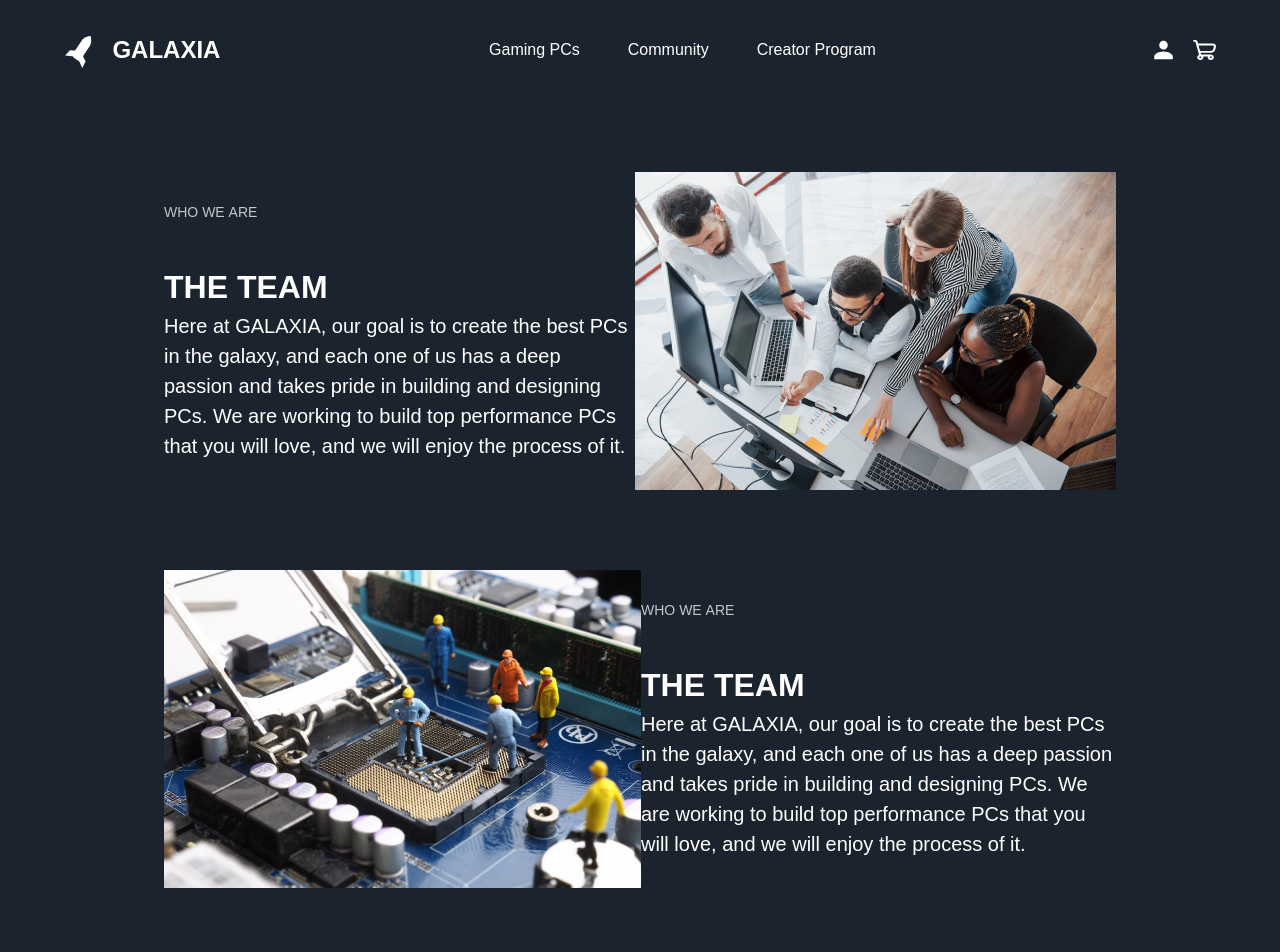
Repository: kaitlynlie/galaxia_pcs
Page: /community
The author's editor kept a copy of each file at every save. The page is drawn from the files as they stood at one save, then again after the next save.
The browser window is 1280 px wide. The pictures show the part of the page from y = 0 to 952 px (the page is 2383 px tall before and 2830 px after).
Some web fonts or font styles are not loaded; a fallback is used. The project was rebuilt for these pictures with package versions that can differ from the ones it lists, and the page was loaded fresh each time. Also part of the build but not shown: vite.config.js, components/Button.jsx, components/PCcard.jsx, components/WhyFeatures.jsx, sections/Hero.jsx, sections/Triton.jsx, sections/Neptune.jsx, sections/Jupiter.jsx and 5 more. Imported but missing from the stored project, and not drawn on this page: src/assets/video.mp4.

Above is the page before, as saved 2023-08-08 18:37:32.

### index.html
<!DOCTYPE html>
<html lang="en">
  <head>
    <meta charset="UTF-8" />
    <link rel="icon" type="image/svg+xml" href="/logo.svg" />
    <link rel="preconnect" href="https://stijndv.com" />
    <link rel="stylesheet" href="https://stijndv.com/fonts/Eudoxus-Sans.css" />
    <meta name="viewport" content="width=device-width, initial-scale=1.0" />
    <title>GALAXIA</title>
  </head>
  <body>
    <div id="root"></div>
    <script type="module" src="/src/main.jsx"></script>
  </body>
</html>

### src/main.jsx
import React from 'react'
import App from './App.jsx'
import ReactDOM from 'react-dom';
import { BrowserRouter } from 'react-router-dom';


ReactDOM.render(
  <BrowserRouter>
    <App />
  </BrowserRouter>,
  document.getElementById('root'),
);

### src/App.jsx
import Navbar from '../components/Navbar'
import Home from '../pages/Home'
import Community from '../pages/Community'
import Creator from '../pages/Creator'
import PCs from '../pages/PCs'
import { Route, Routes } from 'react-router-dom'
import React from 'react'
import '../styles/globals.css'

function App() {

  return (
    <>
    <div className='bg-primary-black overflow-hidden'>
      <Navbar />
      <Routes>
        <Route index path="/" element={<Home />} />
        <Route path="pc" element={<PCs />} />
        <Route path="community" element={<Community />} />
        <Route path="creator" element={<Creator />} />
      </Routes>
     </div>
    </>
  )
}

export default App

### components/Navbar.jsx
import { motion } from "framer-motion";
import styles from '../styles'
import { navVariants, textVariant } from '../utils/motion'
import { useState } from "react";
import { RiMenu3Line, RiCloseLine } from 'react-icons/ri';
import { Link } from 'react-router-dom'
import React from 'react'

const Navbar = () => {
  const [toggleMenu, setToggleMenu] = useState(false);

  const [nav, setNav] = useState(false);

  const openNav = () => {
    setNav(!nav);
  };

  return(
   <motion.nav
    variants={navVariants}
    initial="show"
    whileInView="show"
    viewport={{ once: false, amount: 0.25 }}
    className={`${styles.xPaddings} py-8 relative`}
  >
    <div className={`${styles.innerWidth} mx-auto flex justify-between gap-8 inline-block`}>
      <div className="flex flex-row gap-4">
        <img
          src='./logo.svg'
          alt='logo'
          />
          <Link onClick={openNav} to="/"><motion.h1 variants={textVariant(1.1)} className="flex text-white font-bold text-[24px]">
            <a>GALAXIA</a>
          </motion.h1></Link>
      </div>

      <ul className='flex justify-center items-center text-white max-[880px]:hidden block'>
        <Link onClick={openNav} to='/pc'><li className="mr-12"><a>Gaming PCs</a></li></Link>
        <Link onClick={openNav} to='/community'><li className="mr-12"><a>Community</a></li></Link>
        <Link onClick={openNav} to='/creator'><li><a>Creator Program</a></li></Link>
      </ul>

      <div className="relative ml-1 pointer max-[880px]:block hidden z-10">
        {toggleMenu
          ? <RiCloseLine color="#fff" size={27} onClick={() => setToggleMenu(false)} />
          : <RiMenu3Line color="#fff" size={27} onClick={() => setToggleMenu(true)} />}
        {toggleMenu && (
        <div className="flex justify-end items-end flex-col text-end bg-[#026884ce] p-3 absolute top-[40px] right-[10px] mt-1 rounded-[5px] shadow z-10">
          <div className="none">
            <ul className='flex justify-end items-end flex-col text-white text-end p-1'>
              <Link onClick={openNav} to='/pc'><li><a>Gaming PCs</a></li></Link>
              <Link onClick={openNav} to='/community'><li className="mt-2 pointer"><a>Community</a></li></Link>
              <Link onClick={openNav} to='/creator'><li className="mt-2 pointer"><a>Creator Program</a></li></Link>
            </ul>
          </div>
        </div>
        )}
        </div>

        <div className="flex flex-row gap-4 items-center max-[880px]:hidden block">
        <img
          src='./user.svg'
          alt='user'
        />
        <img
          src='./cart.svg'
          alt='cart'
        />
      </div>
      </div>

  </motion.nav>
  );
};

export default Navbar;

### pages/Community.jsx
import { Footer, Navbar } from '../components';
import { People, Video } from '../sections';
import styles from '../styles';
import { TypingText } from '../components';
import React from 'react'

const Community = () => (
  <div className='bg-primary-black overflow-hidden'>
    <div className='relative'>
    {/* <span className={`${styles.xPaddings} font-extrabold text-white text-[40px]`}>COMMUNITY</span> */}
      <People />
      {/* <div className='gradient-03 z-0' /> */}
    </div>
    <div className='relative'>
      <Video />
      <div className={`w-full ${styles.xPaddings} md:px-[100px] mt-10 items-center flex-col flex justify-between relative mb-20`}>
          <TypingText title='WHO WE ARE' textStyles='text-center' />
          <div className={`${styles.xPaddings} font-normal text-center text-secondary-white mt-10 flex-col flex flex-center`}>
              <span className="font-extrabold text-white sm:text-[32px] text-[20px]">THE TEAM</span>
              <p className="text-[20px] text-white">Here at GALAXIA, our goal is to create the best PCs in the galaxy, and each one of us has a deep passion and takes pride in building and designing PCs. We are working to build top performance PCs that you will love, and we will enjoy the process of it.</p>
          </div>
        </div>
      {/* <div className='gradient-04 z-0' /> */}
      <Footer />
    </div>
  </div>
);

export default Community;

### styles/globals.css
@import "tailwindcss/base";

@import "tailwindcss/components";

@import "tailwindcss/utilities";

* {
  margin: 0;
  padding: 0;
  box-sizing: border-box;
  font-family: "Eudoxus Sans", sans-serif;
  scroll-behavior: smooth;
}

.gradient-01 {
  background-image: linear-gradient(
    270deg,
    hsl(295deg 76% 51%) 0%,
    hsl(284deg 70% 73%) 26%,
    hsl(257deg 70% 86%) 39%,
    hsl(202deg 92% 90%) 50%,
    hsl(215deg 77% 81%) 61%,
    hsl(221deg 73% 70%) 74%,
    hsl(220deg 76% 51%) 100%
  );
  filter: blur(125px);
}

.hero-gradient {
  background: linear-gradient(
    97.86deg,
    #a509ff 0%,
    #34acc7 53.65%,
    #a134c7 100%
  );
}

.gradient-02 {
  position: absolute;
  width: 200px;
  height: 438px;
  top: 0px;
  right: 0px;

  background: #7aebfb;
  filter: blur(190px);
}

.glassmorphism {
  background: rgba(255, 255, 255, 0.25);
  box-shadow: 0 8px 32px 0 rgba(31, 38, 135, 0.37);
  backdrop-filter: blur(4px);
  -webkit-backdrop-filter: blur(4px);
  border: 1px solid rgba(255, 255, 255, 0.18);
}

.gradient-03 {
  position: absolute;
  width: 404px;
  height: 800px;
  left: 20%;
  top: 5%;

  background: rgba(149, 66, 232, 0.35);
  filter: blur(175px);
  transform: rotate(-114.2deg);
}

.gradient-04 {
  position: absolute;
  width: 304px;
  height: 100vh;
  left: 30%;
  top: 10%;

  background: rgba(45, 72, 152, 0.75);
  filter: blur(200px);
  transform: rotate(-53.13deg);
}

.gradient-05 {
  background: linear-gradient(
    180deg,
    rgba(255, 255, 255, 0.04) 0%,
    rgba(255, 255, 255, 0) 100%
  );
}

.feedback-gradient {
  position: absolute;
  width: 200px;
  height: 316px;
  left: 0px;
  top: 0px;

  background: #8d39a3;
  filter: blur(175px);
}

.footer-gradient {
  position: absolute;
  width: 500px;
  height: 100px;
  left: 37%;
  bottom: 0;

  background: #65c4fa;
  filter: blur(150px);
}

.object {
  animation: MoveUpDown 4s linear infinite;
  position: relative;
  left: 0;
  bottom: 0;
}

@keyframes MoveUpDown {
  0%, 100% {
    bottom: 0;
  }
  50% {
    bottom: 100px;
  }
}

### styles/index.js
const styles = {
    innerWidth: '2xl:max-w-[1280px] w-full',
    interWidth: 'lg:w-[80%] w-[100%]',

    paddings: 'sm:p-16 xs:p-8 px-6 py-12',
    yPaddings: 'sm:py-16 xs:py-8 py-12',
    xPaddings: 'sm:px-16 px-6',
    topPaddings: 'sm:pt-16 xs:pt-8 pt-12',
    bottomPaddings: 'sm:pb-16 xs:pb-8 pb-12',

    flexCenter: 'flex justify-center items-center',
    flexStart: 'flex justify-start items-start',
    flexEnd: 'flex justify-end',
    navPadding: 'pt-[98px]',

    // hero section
    heroHeading:
        'font-bold lg:text-[144px] md:text-[100px] sm:text-[60px] text-[44px] lg:leading-[158.4px] md:leading-[114.4px] sm:leading-[74.4px] leading-[64.4px] uppercase text-white',
    heroDText:
        'md:w-[212px] sm:w-[80px] w-[60px] md:h-[108px] sm:h-[48px] h-[38px] md:border-[18px] border-[9px] rounded-r-[50px] border-white sm:mx-2 mx-[6px]',
  };

  export default styles;

### utils/motion.js
export const navVariants = {
  hidden: {
    opacity: 0,
    y: -50,
    transition: {
      type: 'spring',
      stiffness: 300,
      damping: 140,
    },
  },
  show: {
    opacity: 1,
    y: 0,
    transition: {
      type: 'spring',
      stiffness: 80,
      delay: 1,
    },
  },
};

export const slideIn = (direction, type, delay, duration) => ({
  hidden: {
    x: direction === 'left' ? '-100%' : direction === 'right' ? '100%' : 0,
    y: direction === 'up' ? '100%' : direction === 'down' ? '100%' : 0,
  },
  show: {
    x: 0,
    y: 0,
    transition: {
      type,
      delay,
      duration,
      ease: 'easeOut',
    },
  },
});

export const staggerContainer = (staggerChildren, delayChildren) => ({
  hidden: {},
  show: {
    transition: {
      staggerChildren,
      delayChildren,
    },
  },
});

export const textVariant = (delay) => ({
  hidden: {
    y: 50,
    opacity: 0,
  },
  show: {
    y: 0,
    opacity: 1,
    transition: {
      type: 'spring',
      duration: 1.25,
      delay,
    },
  },
});

export const textContainer = {
  hidden: {
    opacity: 0,
  },
  show: (i = 1) => ({
    opacity: 1,
    transition: { staggerChildren: 0.1, delayChildren: i * 0.1 },
  }),
};

export const textVariant2 = {
  hidden: {
    opacity: 0,
    y: 20,
  },
  show: {
    opacity: 1,
    y: 0,
    transition: {
      type: 'tween',
      ease: 'easeIn',
    },
  },
};

export const fadeIn = (direction, type, delay, duration) => ({
  hidden: {
    x: direction === 'left' ? 100 : direction === 'right' ? -100 : 0,
    y: direction === 'up' ? 100 : direction === 'down' ? -100 : 0,
    opacity: 0,
  },
  show: {
    x: 0,
    y: 0,
    opacity: 1,
    transition: {
      type,
      delay,
      duration,
      ease: 'easeOut',
    },
  },
});

export const planetVariants = (direction) => ({
  hidden: {
    x: direction === 'left' ? '-100%' : '100%',
    rotate: 120,
  },
  show: {
    x: 0,
    rotate: 0,
    transition: {
      type: 'spring',
      duration: 1.8,
      delay: 0.5,
    },
  },
});

export const zoomIn = (delay, duration) => ({
  hidden: {
    scale: 0,
    opacity: 0,
  },
  show: {
    scale: 1,
    opacity: 1,
    transition: {
      type: 'tween',
      delay,
      duration,
      ease: 'easeOut',
    },
  },
});

export const footerVariants = {
  hidden: {
    opacity: 0,
    y: 50,
    transition: {
      type: 'spring',
      stiffness: 300,
      damping: 140,
    },
  },
  show: {
    opacity: 1,
    y: 0,
    transition: {
      type: 'spring',
      stiffness: 80,
      delay: 0.5,
    },
  },
};

### components/index.js
import Navbar from './Navbar';
import { TypingText, TitleText } from './CustomTexts';
import PCcard from './PCcard';
import WhyFeatures from './WhyFeatures';
import Footer from './Footer';
import Button from './Button';

export {
  Navbar,
  TitleText,
  TypingText,
  WhyFeatures,
  PCcard,
  Footer,
  Button,
};

### sections/index.js
import Hero from './Hero';
import Triton from './Triton';
import Neptune from './Neptune';
import Jupiter from './Jupiter';
import WhyUs from './WhyUs';
import People from './People';
import Video from './Video'
import Program from './Program'

export {
  Hero,
  Triton,
  Neptune,
  Jupiter,
  WhyUs,
  People,
  Video,
  Program
};

### components/CustomTexts.jsx
'use client';

import { motion } from "framer-motion";
import { textContainer, textVariant2 } from '../utils/motion'

export const TypingText = ({ title, textStyles}) => (
  <motion.p
    variants={textContainer}
    className={`font-normal text-[14px] text-secondary-white ${textStyles}`}
  >
    {Array.from(title).map((letter, index) => (
      <motion.span variants={textVariant2} key={index}>
        {letter === ' ' ? '\u00A0' : letter}
      </motion.span>
    ))}
  </motion.p>
);

export const TitleText = ({ title, textStyles}) => (
  <motion.h2
    variants={textVariant2}
    initial='hidden'
    whileInView='show'
    className={`mt-[22px] font-bold text-[32px] text-white ${textStyles}`}>
      {title}
  </motion.h2>
);

### components/Footer.jsx
'use client';
import { motion } from "framer-motion";
import { socials } from "../constants";
import styles from "../styles";
import { footerVariants } from "../utils/motion";

const Footer = () => (
  <motion.footer
    variants={footerVariants}
    initial='show'
    whileInView='show'
    viewport={{ once: true, amount: 0.25 }}
    className={`${styles.paddings} py-8 relative`}>
    {/* <div className="footer-gradient" /> */}
    <div className={`${styles.innerWidth} mx-auto flex flex-col gap-8`}>
      <div className="flex items-center sm:justify-between flex-wrap gap-5">
        <h4 className="font-bold md:text-[64px] text-[44px] text-white">Stay Up to Date</h4>
        <button type="button" className="flex items-center h-fit py-4 px-6 bg-[#25618b] rounded-[32px] gap-[12px]">
          <img src='/logo.svg' alt='logo' className="w-[24px] h-[24px] object-contains"/>
          <span className="font-normal text-[16px] text-white">Sign Up</span>
        </button>
      </div>

      <div className="flex flex-col">
        <div className="mb-[50px] h-[2px] bg-white opacity-10"/>
        <div className="flex items-center justify-between flex-wrap gap-4">
          <h4 className="font-extrabold text-[24px] text-white">GALAXIA</h4>
          <p className="font-normal text-[14px] text-white opacity-50">
          Copyright © 2023 - 2024 Galaxia. All rights reserved.
          </p>
          <div className="flex gap-4">
            {socials.map((social) => (
              <img
                key={social.name}
                src={social.url}
                alt={social.name}
                className="w-[24px] h-[24px] object-contain cursor-pointer" />
            ))}
          </div>
        </div>
      </div>
    </div>
  </motion.footer>
);

export default Footer;

### sections/People.jsx
import React from 'react'

import { motion } from "framer-motion";
import { TypingText, Button } from '../components'
import styles from '../styles';
import { fadeIn, staggerContainer } from '../utils/motion';

const People = () => (
    <section className={`${styles.xPaddings} relative z-10 py-8 flex flex-col justify-center items-center mt-10`}>
      {/* <div className={`${styles.innerWidth} md:px-[100px] mb-0 items-center flex-row max-[1234px]:flex-col flex justify-between`}> */}
      <div className={`${styles.innerWidth} md:px-[100px] mb-0 items-center flex-row max-[1234px]:flex-col flex justify-between`}>
        {/* <div className='mr-24 max-[1234px]:mr-0'> */}
        <div>
          <TypingText title='WHO WE ARE' textStyles='text-start max-[1234px]:text-center' />
          <div className="font-normal text-start max-[1234px]:text-center text-secondary-white mt-10 flex-col flex flex-center">
              <span className="font-extrabold text-white sm:text-[32px] text-[20px]">THE TEAM</span>
              <p className="text-[20px] text-white">Here at GALAXIA, our goal is to create the best PCs in the galaxy, and each one of us has a deep passion and takes pride in building and designing PCs. We are working to build top performance PCs that you will love, and we will enjoy the process of it.</p>
          </div>
        </div>

          <img
            src="/team.png"
            alt="team"
            className="z-10 relative w-[90%] h-[90%] max-[1234px]:mt-20 max-[1234px]:hidden"
          />
    </div>

    <div className={`${styles.innerWidth} ${styles.xPaddings} md:px-[100px] mb-0 items-center flex-row max-[1234px]:flex-col flex flex-start justify-between mt-20`}>
      <img
        src="/process.png"
        alt="process"
        className="z-10 relative w-[90%] h-[90%]"
      />

      {/* <div className='ml-24 max-[1234px]:ml-0 max-[1234px]:mt-20'> */}
      <div>
        <TypingText title='WHO WE ARE' textStyles='text-start max-[1234px]:text-center' />
        <motion.div
          variants={fadeIn('up', 'tween', 0.2, 1)}
          viewport={{ once: true, amount: 0.25}}
          className="font-normal max-[1234px]:text-center text-start text-secondary-white mt-10 flex-col flex flex-center">
            <span className="font-extrabold text-white sm:text-[32px] text-[20px]">THE TEAM</span>
            <p className="text-[20px] text-white">Here at GALAXIA, our goal is to create the best PCs in the galaxy, and each one of us has a deep passion and takes pride in building and designing PCs. We are working to build top performance PCs that you will love, and we will enjoy the process of it.</p>
        </motion.div>
      </div>
    </div>
</section>
);

export default People

### sections/Video.jsx
import React, { useState } from 'react';
import { BsFillPlayFill, BsPauseFill } from 'react-icons/bs'
import { video } from '../src/assets';
import styles from '../styles';
import { TypingText } from '../components';

const Video = () => {
  const vidRef = React.useRef();
  const [playVideo, setplayVideo] = React.useState(false)
  const handleVideo = () => {
    setplayVideo((prevPlayVideo) => !prevPlayVideo)
    if(playVideo) {
      vidRef.current.pause();
    } else {
      vidRef.current.play();
    }
  }
  return (
    <div className={`h-screen relative mt-20 max-[1200px]:px-0 px-80 py-20 max-[1200px]:py-0`}>
      <video
        src={video}
        ref={vidRef}
        className='object-cover w-[100%] h-[100%]'
        type='video/mp4'
        loop
        controls = {false}
        muted
      />
      <div className='absolute flex justify-center items-center inset-0'>
        <div
        className='flex justify-center items-center pointer rounded-full border border-white w-[100px] h-[100px]'
        onClick={handleVideo}>
          {playVideo
          ? ( <BsPauseFill color='#fff' fontSize={50}/>
          ) : <BsFillPlayFill color='#fff' fontSize={50}/> }
        </div>
      </div>
    </div>
  )
};

export default Video;

### constants/index.js
export const neptuneSet = [
  {
    imgUrl: '/pc3.png',
    title: 'THALASSA',
    price: '$1,099.99 USD',
    xprice: '$1,299.99 USD',
  },
  {
    imgUrl: '/pc2.png',
    title: 'NEREID',
    price: '$1,399.99 USD',
    xprice: '$1,699.99 USD',
  },
  {
    imgUrl: '/pc1.png',
    title: 'TRITON',
    price: '$1,599.99 USD',
    xprice: '$1,999.99 USD'
  }
];

export const jupiterSet = [
  {
    imgUrl: '/pc4.png',
    title: 'EUROPA',
    price: '$2,499.99 USD',
    xprice: '$2,699.99 USD',
  },
  {
    imgUrl: '/pc5.png',
    title: 'CALLISTO',
    price: '$2,599.99 USD',
    xprice: '$2,799.99 USD',
  },
  {
    imgUrl: '/pc6.png',
    title: 'GANYMEDE',
    price: '$2,799.99 USD',
    xprice: '$2,999.99 USD'
  }
]

export const whyUs = [
  {
    number: 1,
    subtitle: 'Built with the highest quality of materials, Galaxia hand builds and ships worldwide, delivering with a white glove service.'
  },
  {
    number: 2,
    subtitle: 'We offer a 1 year full parts and labor warranty in case anything happens, so you can spend your time having fun instead fo worrying.'
  },
  {
    number: 3,
    subtitle: 'We are not lying when we say we have the highest performing PCs in the galaxy, with quality parts and expert craftmanship for the best experience.'
  }
]

export const creators = [
  {
    number: 1,
    subtitle: 'When you sign up for our GALAXIA creator program, your application will be interviewed by our team. Then, if you are the right fit, you will receive a response.'
  },
  {
    number: 2,
    subtitle: 'If you have been accepted to our program, then congratulations! You will receive a welcome email, tracking link, creator panel, and more you will need to be a GALAXIA creator.'
  },
  {
    number: 3,
    subtitle: 'Once your creator panel is up and running, you will receive 5% of every sale you make by using your link!'
  }
]

export const socials = [
  {
    name: 'twitter',
    url: '/twitter.svg',
  },
  {
    name: 'linkedin',
    url: '/linkedin.svg',
  },
  {
    name: 'instagram',
    url: '/instagram.svg',
  },
  {
    name: 'facebook',
    url: '/facebook.svg',
  },
];

### src/assets/index.js
import video from './video.mp4'

export {
    video
}

### tailwind.config.js
/** @type {import('tailwindcss').Config} */
module.exports = {
  content: [
    "./src/**/*.{html,js,jsx}",
    './pages/**/*.{html,js,jsx}',
    './components/**/*.{html,js,jsx}',
    './sections/**/*.{html,js,jsx}',
    './styles/**/*.{js,jsx}',
  ],
  mode: 'jit',
  theme: {
    extend: {
      colors: {
        'primary-black': '#1A232E',
        'secondary-white': '#c7c7c7',
      },
      transitionTimingFunction: {
        'out-flex': 'cubic-bezier(0.05, 0.6, 0.4, 0.9)',
      },
    },
  },
  plugins: [],
};

After the next save:
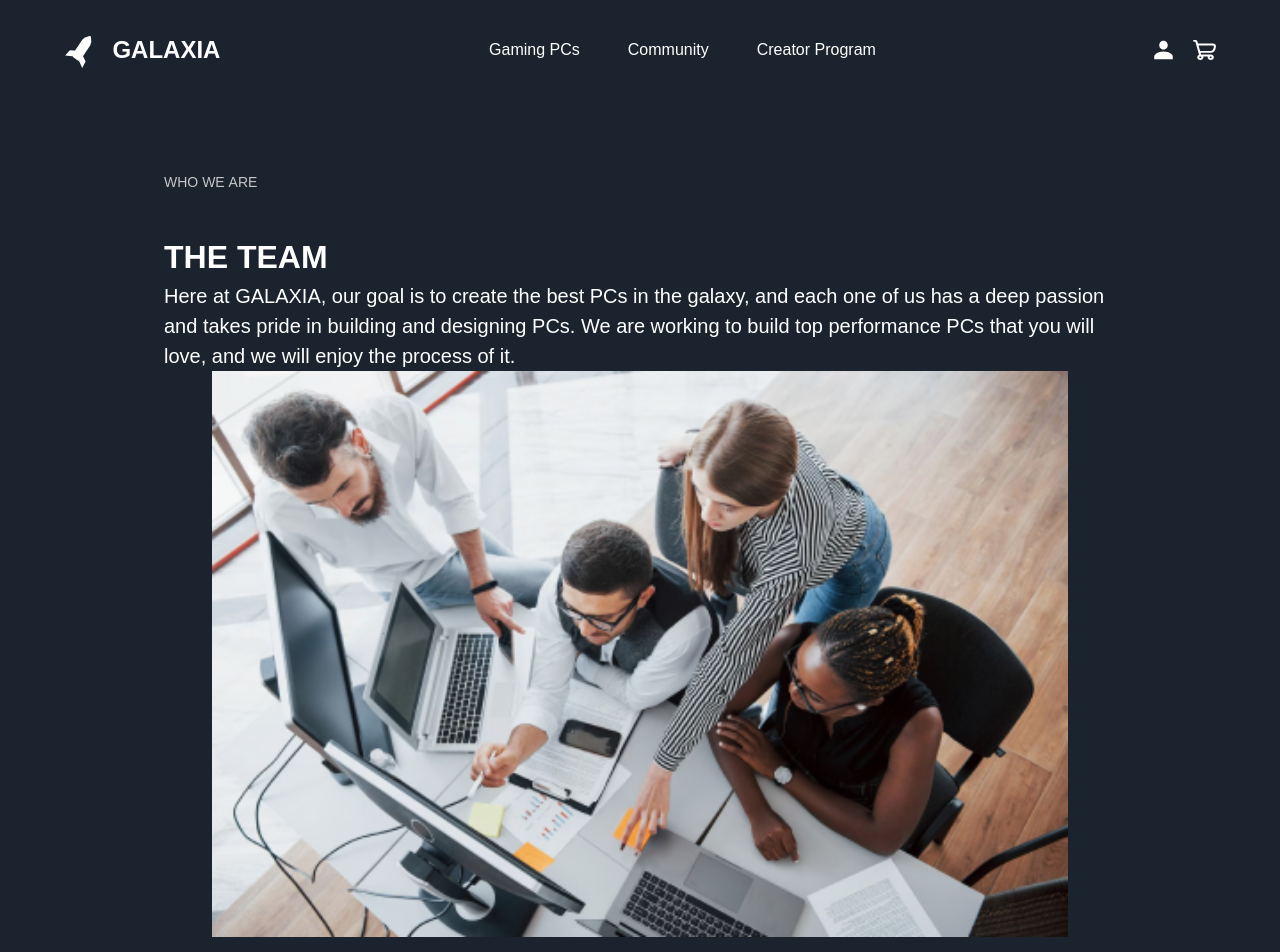
Saved 5 s later.
--- a/sections/People.jsx
+++ b/sections/People.jsx
@@ -8,7 +8,7 @@
 const People = () => (
     <section className={`${styles.xPaddings} relative z-10 py-8 flex flex-col justify-center items-center mt-10`}>
       {/* <div className={`${styles.innerWidth} md:px-[100px] mb-0 items-center flex-row max-[1234px]:flex-col flex justify-between`}> */}
-      <div className={`${styles.innerWidth} md:px-[100px] mb-0 items-center flex-row max-[1234px]:flex-col flex justify-between`}>
+      <div className={`${styles.innerWidth} md:px-[100px] mb-0 items-center flex-col flex justify-between`}>
         {/* <div className='mr-24 max-[1234px]:mr-0'> */}
         <div>
           <TypingText title='WHO WE ARE' textStyles='text-start max-[1234px]:text-center' />
